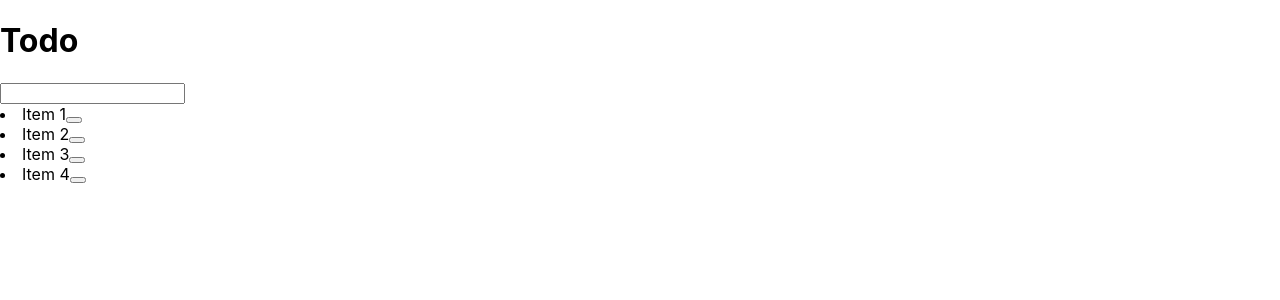
Repository: Aakash20bhatt/LearnReact
Page: /contact (app in performance/)
These files come from the project's save history. The page is drawn as it stood at one moment and after the next save; the edit follows.
The browser window is 1280 px wide. The pictures show the whole page.
The project was rebuilt for these pictures with package versions that can differ from the ones it lists, and the page was loaded fresh each time. Also part of the build but not shown: performance/src/App.css, performance/src/Components/LargeArraySum.jsx.

Above is the page before, as saved 2024-09-14 21:50:05.

### performance/src/index.js
import React from 'react';
import ReactDOM from 'react-dom/client';
import './index.css';
// import App from './App';
import LazyApp from './LazyApp';

const root = ReactDOM.createRoot(document.getElementById('root'));
root.render(
    <LazyApp/>
);

### performance/src/LazyApp.js
// import { BrowserRouter, Route, Routes } from 'react-router-dom';
// import NavBar from './Components/NavBar'
// import { Suspense, lazy } from 'react';
import './App.css';
import LargeArraySum from './Components/LargeArraySum';
import Todo from './Components/Todo';

// const HomePage = lazy(()=>(import('./Components/HomePage')));
// const ContactPage = lazy(()=>(import('./Components/ContactPage')))
// const AboutPage = lazy(()=>(import('./Components/AboutPage')))

function LazyApp(){

    return(
        // <BrowserRouter>
        //     <NavBar/>
        //     <Suspense fallback={<div>...Loading</div>}>
        //         <Routes>
        //                 <Route path="/" element={<HomePage/>}/>
        //                 <Route path="/contact" element={<ContactPage/>}/>
        //                 <Route path="/about" element={<AboutPage/>}/>
        //         </Routes>
        //     </Suspense>
        // </BrowserRouter>
        <>
            {/* <LargeArraySum/> */}
            <Todo/>
        </>
    )

}

export default LazyApp;

### performance/src/Components/Todo.jsx
import React, { useState } from 'react';

export default function Todo(){
    const [list,setList] = useState(['Item 1', 'Item 2', 'Item 3', 'Item 4']);
    const [todo, setTodo] = useState('');

    const removeItem = (itemToDelete)=>{
        const filteredList = list.filter((item)=>{
            return item!==itemToDelete;
        })

        setList(filteredList);
    }

    return(
        <div>
            <h1>Todo</h1>
            <div>
                <input value={todo} type="text" onChange={(e)=>setTodo(e.target.value)}/>
            </div>
            {list.map((item)=>{
                return <li key={item}>{item}
                    <button onClick={(item)=>removeItem(item)}></button>
                </li>
            })}
        </div>
    )
}

Loaded but not shown: performance/public/index.html (common file); performance/src/index.css (common file)

After the next save:
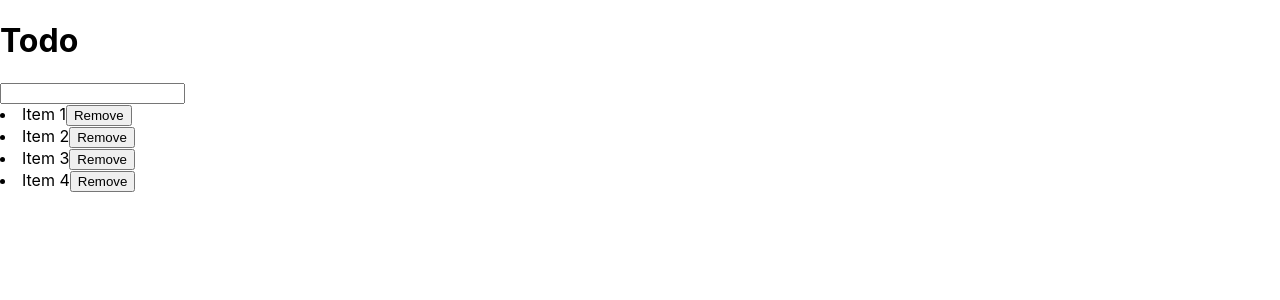
Saved 8 s later.
--- a/performance/src/Components/Todo.jsx
+++ b/performance/src/Components/Todo.jsx
@@ -20,7 +20,7 @@ export default function Todo(){
             </div>
             {list.map((item)=>{
                 return <li key={item}>{item}
-                    <button onClick={(item)=>removeItem(item)}></button>
+                    <button onClick={(item)=>removeItem(item)}>Remove</button>
                 </li>
             })}
         </div>
